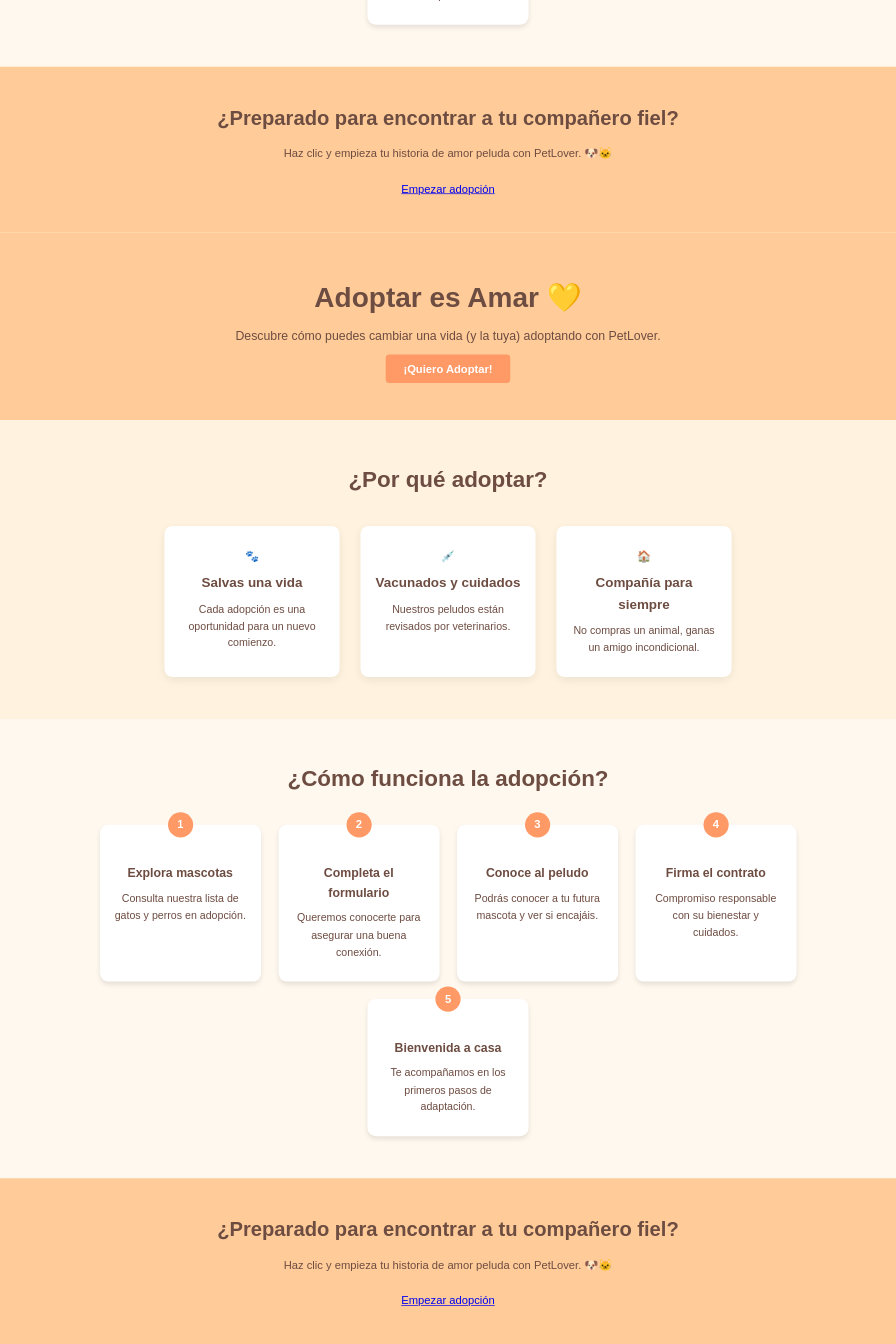
Repository: adriarodrisan/PetLover
Page: Paginas_web/Como_Adoptar.html
An editor plug-in stored every save of this project. The page is shown before and after the next save, followed by the edit.
The browser window is 1280 px wide. The pictures show the part of the page from y = 1255 to 3175 px (the page is 4765 px tall), at 70% of full size.

Above is the page before, as saved 2025-05-07 14:35:03.

### Paginas_web/Como_Adoptar.html
<!DOCTYPE html>
<html lang="en">
<head>
    <meta charset="UTF-8">
    <meta name="viewport" content="width=device-width, initial-scale=1.0">
    <title>Cómo Adoptar | PetLover</title>
    <link rel="stylesheet" href="/Paginas_web/Css_Paginas/Como_Adoptar.css">
</head>
<body>
    <section class="hero-adopcion">
        <div class="contenedor-hero">
          <h1>Adoptar es Amar 💛</h1>
          <p>Descubre cómo puedes cambiar una vida (y la tuya) adoptando con PetLover.</p>
          <a href="#pasos" class="btn-hero">¡Quiero Adoptar!</a>
        </div>
      </section>
      <section class="bloques-beneficios">
        <h2>¿Por qué adoptar?</h2>
        <div class="grid-beneficios">
          <div class="card-beneficio">🐾 <h3>Salvas una vida</h3><p>Cada adopción es una oportunidad para un nuevo comienzo.</p></div>
          <div class="card-beneficio">💉 <h3>Vacunados y cuidados</h3><p>Nuestros peludos están revisados por veterinarios.</p></div>
          <div class="card-beneficio">🏠 <h3>Compañía para siempre</h3><p>No compras un animal, ganas un amigo incondicional.</p></div>
        </div>
      </section>
      <section class="seccion-pasos" id="pasos">
        <h2>¿Cómo funciona la adopción?</h2>
        <div class="pasos-flex">
          <div class="paso-item">
            <span>1</span>
            <h3>Explora mascotas</h3>
            <p>Consulta nuestra lista de gatos y perros en adopción.</p>
          </div>
          <div class="paso-item">
            <span>2</span>
            <h3>Completa el formulario</h3>
            <p>Queremos conocerte para asegurar una buena conexión.</p>
          </div>
          <div class="paso-item">
            <span>3</span>
            <h3>Conoce al peludo</h3>
            <p>Podrás conocer a tu futura mascota y ver si encajáis.</p>
          </div>
          <div class="paso-item">
            <span>4</span>
            <h3>Firma el contrato</h3>
            <p>Compromiso responsable con su bienestar y cuidados.</p>
          </div>
          <div class="paso-item">
            <span>5</span>
            <h3>Bienvenida a casa</h3>
            <p>Te acompañamos en los primeros pasos de adaptación.</p>
          </div>
        </div>
      </section>
      <section class="seccion-cta-final">
        <h2>¿Preparado para encontrar a tu compañero fiel?</h2>
        <p>Haz clic y empieza tu historia de amor peluda con PetLover. 🐶🐱</p>
        <a href="contrato_adopcion.html" class="btn-adoptar">Empezar adopción</a>
      </section>
</body>
</html>
<!DOCTYPE html>
<html lang="en">
<head>
    <meta charset="UTF-8">
    <meta name="viewport" content="width=device-width, initial-scale=1.0">
    <title>Cómo Adoptar | PetLover</title>
    <link rel="stylesheet" href="/Paginas_web/Css_Paginas/Como_Adoptar.css">
</head>
<body>
    <section class="hero-adopcion">
        <div class="contenedor-hero">
          <h1>Adoptar es Amar 💛</h1>
          <p>Descubre cómo puedes cambiar una vida (y la tuya) adoptando con PetLover.</p>
          <a href="#pasos" class="btn-hero">¡Quiero Adoptar!</a>
        </div>
      </section>
      <section class="bloques-beneficios">
        <h2>¿Por qué adoptar?</h2>
        <div class="grid-beneficios">
          <div class="card-beneficio">🐾 <h3>Salvas una vida</h3><p>Cada adopción es una oportunidad para un nuevo comienzo.</p></div>
          <div class="card-beneficio">💉 <h3>Vacunados y cuidados</h3><p>Nuestros peludos están revisados por veterinarios.</p></div>
          <div class="card-beneficio">🏠 <h3>Compañía para siempre</h3><p>No compras un animal, ganas un amigo incondicional.</p></div>
        </div>
      </section>
      <section class="seccion-pasos" id="pasos">
        <h2>¿Cómo funciona la adopción?</h2>
        <div class="pasos-flex">
          <div class="paso-item">
            <span>1</span>
            <h3>Explora mascotas</h3>
            <p>Consulta nuestra lista de gatos y perros en adopción.</p>
          </div>
          <div class="paso-item">
            <span>2</span>
            <h3>Completa el formulario</h3>
            <p>Queremos conocerte para asegurar una buena conexión.</p>
          </div>
          <div class="paso-item">
            <span>3</span>
            <h3>Conoce al peludo</h3>
            <p>Podrás conocer a tu futura mascota y ver si encajáis.</p>
          </div>
          <div class="paso-item">
            <span>4</span>
            <h3>Firma el contrato</h3>
            <p>Compromiso responsable con su bienestar y cuidados.</p>
          </div>
          <div class="paso-item">
            <span>5</span>
            <h3>Bienvenida a casa</h3>
            <p>Te acompañamos en los primeros pasos de adaptación.</p>
          </div>
        </div>
      </section>
      <section class="seccion-cta-final">
        <h2>¿Preparado para encontrar a tu compañero fiel?</h2>
        <p>Haz clic y empieza tu historia de amor peluda con PetLover. 🐶🐱</p>
        <a href="contrato_adopcion.html" class="btn-adoptar">Empezar adopción</a>
      </section>
</body>
</html>
<!DOCTYPE html>
<html lang="en">
<head>
    <meta charset="UTF-8">
    <meta name="viewport" content="width=device-width, initial-scale=1.0">
    <title>Cómo Adoptar | PetLover</title>
    <link rel="stylesheet" href="/Paginas_web/Css_Paginas/Como_Adoptar.css">
</head>
<body>
    <section class="hero-adopcion">
        <div class="contenedor-hero">
          <h1>Adoptar es Amar 💛</h1>
          <p>Descubre cómo puedes cambiar una vida (y la tuya) adoptando con PetLover.</p>
          <a href="#pasos" class="btn-hero">¡Quiero Adoptar!</a>
        </div>
      </section>
      <section class="bloques-beneficios">
        <h2>¿Por qué adoptar?</h2>
        <div class="grid-beneficios">
          <div class="card-beneficio">🐾 <h3>Salvas una vida</h3><p>Cada adopción es una oportunidad para un nuevo comienzo.</p></div>
          <div class="card-beneficio">💉 <h3>Vacunados y cuidados</h3><p>Nuestros peludos están revisados por veterinarios.</p></div>
          <div class="card-beneficio">🏠 <h3>Compañía para siempre</h3><p>No compras un animal, ganas un amigo incondicional.</p></div>
        </div>
      </section>
      <section class="seccion-pasos" id="pasos">
        <h2>¿Cómo funciona la adopción?</h2>
        <div class="pasos-flex">
          <div class="paso-item">
            <span>1</span>
            <h3>Explora mascotas</h3>
            <p>Consulta nuestra lista de gatos y perros en adopción.</p>
          </div>
          <div class="paso-item">
            <span>2</span>
            <h3>Completa el formulario</h3>
            <p>Queremos conocerte para asegurar una buena conexión.</p>
          </div>
          <div class="paso-item">
            <span>3</span>
            <h3>Conoce al peludo</h3>
            <p>Podrás conocer a tu futura mascota y ver si encajáis.</p>
          </div>
          <div class="paso-item">
            <span>4</span>
            <h3>Firma el contrato</h3>
            <p>Compromiso responsable con su bienestar y cuidados.</p>
          </div>
          <div class="paso-item">
            <span>5</span>
            <h3>Bienvenida a casa</h3>
            <p>Te acompañamos en los primeros pasos de adaptación.</p>
          </div>
        </div>
      </section>
      <section class="seccion-cta-final">
        <h2>¿Preparado para encontrar a tu compañero fiel?</h2>
        <p>Haz clic y empieza tu historia de amor peluda con PetLover. 🐶🐱</p>
        <a href="formulario_adopcion.html" class="btn-adoptar">Empezar adopción</a>
      </section>
</body>
</html>

### Paginas_web/Css_Paginas/Como_Adoptar.css
* {
    margin: 0;
    padding: 0;
    box-sizing: border-box;
  }
  body {
    font-family: 'Arial', sans-serif;
    background-color: #fff3e0;
    color: #6d4c41;
    line-height: 1.6;
  }
  .hero-adopcion {
    background-color: #ffcc99;
    padding: 60px 20px;
    text-align: center;
  }
  .contenedor-hero h1 {
    font-size: 2.5rem;
    margin-bottom: 10px;
  }

  .contenedor-hero p {
    font-size: 1.1rem;
    margin-bottom: 20px;
  }
  .btn-hero {
    background-color: #ff9966;
    color: white;
    padding: 12px 25px;
    border-radius: 5px;
    text-decoration: none;
    font-weight: bold;
    transition: background 0.3s;
  }

  .btn-hero:hover {
    background-color: #ff7043;
  }
  .bloques-beneficios {
    padding: 60px 30px;
    text-align: center;
    background-color: #fff3e0;
  }

  .bloques-beneficios h2 {
    font-size: 2rem;
    margin-bottom: 40px;
  }
  .grid-beneficios {
    display: flex;
    justify-content: center;
    gap: 30px;
    flex-wrap: wrap;
  }
  .card-beneficio {
    background-color: #ffffff;
    border-radius: 12px;
    box-shadow: 0px 4px 12px rgba(0,0,0,0.08);
    padding: 30px 20px;
    width: 250px;
    transition: transform 0.3s;
  }
  .card-beneficio:hover {
    transform: translateY(-5px);
  }

  .card-beneficio h3 {
    margin-top: 10px;
    font-size: 1.2rem;
  }

  .card-beneficio p {
    font-size: 0.95rem;
    margin-top: 10px;
  }
  .seccion-pasos {
    background-color: #fff8ef;
    padding: 60px 20px;
    text-align: center;
  }

  .seccion-pasos h2 {
    font-size: 2rem;
    margin-bottom: 40px;
  }
  .pasos-flex {
    display: flex;
    flex-wrap: wrap;
    justify-content: center;
    gap: 25px;
  }

  .paso-item {
    background-color: #ffffff;
    border-radius: 12px;
    box-shadow: 0px 4px 8px rgba(0,0,0,0.1);
    padding: 30px 20px;
    width: 230px;
    position: relative;
    transition: transform 0.3s;
  }

  .paso-item:hover {
    transform: translateY(-5px);
  }

.paso-item span {
    position: absolute;
    top: -18px;
    left: 50%;
    transform: translateX(-50%);
    background-color: #ff9966;
    color: white;
    font-weight: bold;
    border-radius: 50%;
    width: 36px;
    height: 36px;
    display: flex;
    align-items: center;
    justify-content: center;
    font-size: 1rem;
  }

  .paso-item h3 {
    margin-top: 25px;
    font-size: 1.1rem;
  }

  .paso-item p {
    font-size: 0.95rem;
    margin-top: 10px;
  }
  .seccion-cta-final {
    background-color: #ffcc99;
    padding: 50px 20px;
    text-align: center;
  }

  .seccion-cta-final h2 {
    font-size: 1.8rem;
    margin-bottom: 15px;
  }

  .seccion-cta-final p {
    font-size: 1rem;
    margin-bottom: 25px;
  }

After the next save:
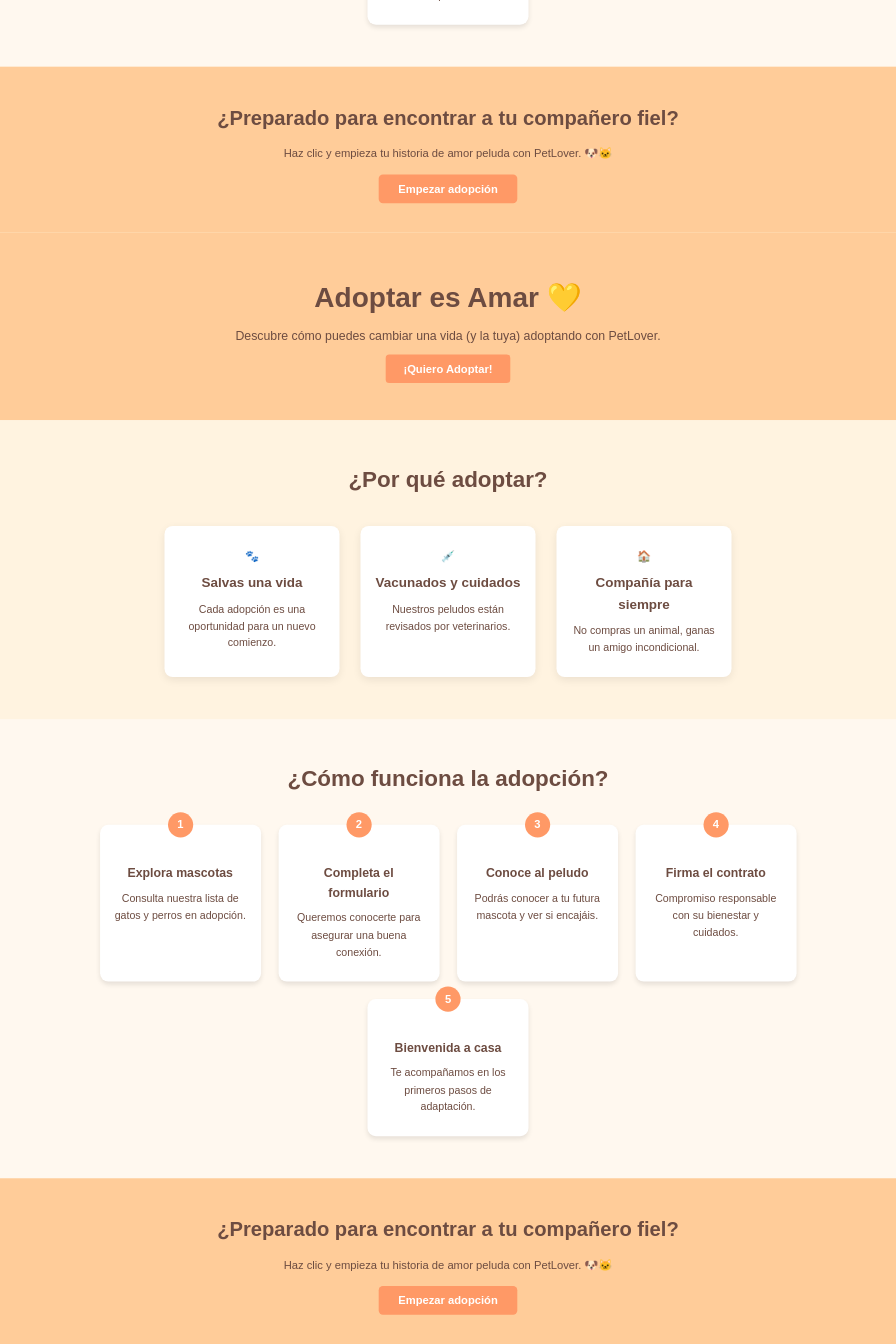
Saved 78 s later.
--- a/Paginas_web/Css_Paginas/Como_Adoptar.css
+++ b/Paginas_web/Css_Paginas/Como_Adoptar.css
@@ -145,3 +145,16 @@
     font-size: 1rem;
     margin-bottom: 25px;
   }
+  .btn-adoptar {
+    background-color: #ff9966;
+    color: white;
+    padding: 12px 28px;
+    text-decoration: none;
+    border-radius: 6px;
+    font-weight: bold;
+    transition: background 0.3s;
+  }
+
+  .btn-adoptar:hover {
+    background-color: #ff7043;
+  }
